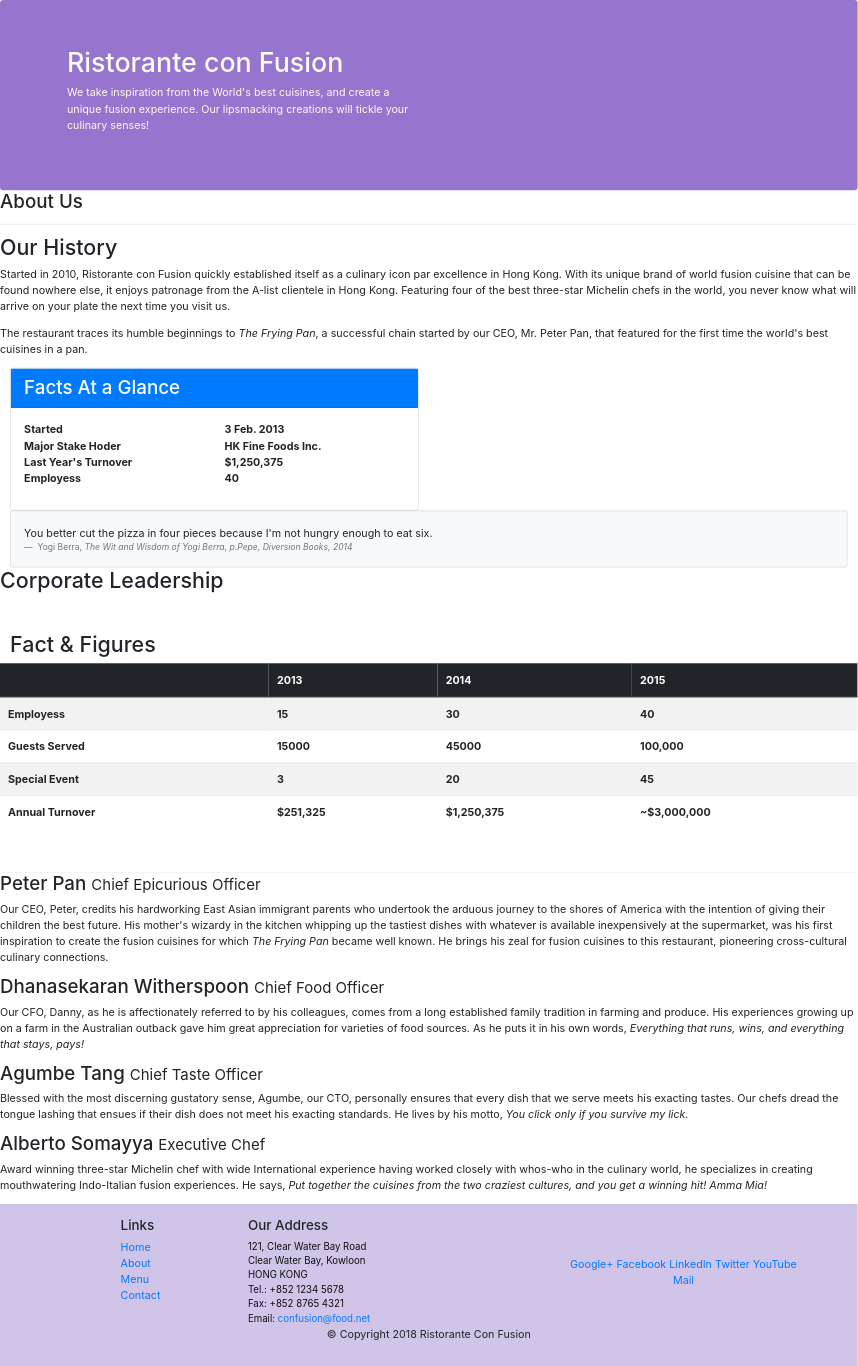
Repository: HwZau/conFusion
Page: aboutus.html
An editor plug-in stored every save of this project. The page is shown before and after the next save, followed by the edit.
The browser window is 1280 px wide. The pictures show the whole page, at 67% of full size.

Above is the page before, as saved 2022-05-19 11:07:16.

### aboutus.html
<!DOCTYPE html>
<html lang="en">

<head>
  <title>Ristorante Con Fusion: About Us</title>
  <meta charset="utf-8" />
  <meta name="viewport" content="width=device-width, initial-scale=1, shrink-to-fit=no" />
  <meta http-equiv="x-ua-compatible" content="ie=edge" />

  <!-- Bootstrap CSS -->
  <link rel="stylesheet" href="node_modules/bootstrap/dist/css/bootstrap.min.css" />
  <link rel="stylesheet" href="node_modules/font-awesome/css/font-awesome.min.css" />
  <link rel="stylesheet" href="node_modules/bootstrap-social/bootstrap-social.css" />
  <link rel="stylesheet" href="css/style.css" />
</head>
</head>

<body>
  <header class="jumbotron">
    <div class="container">
      <div class="row row-header">
        <div class="col-12 col-sm-6">
          <h1>Ristorante con Fusion</h1>
          <p>
            We take inspiration from the World's best cuisines, and create a
            unique fusion experience. Our lipsmacking creations will tickle
            your culinary senses!
          </p>
        </div>
        <div class="col-12 col-sm"></div>
      </div>
    </div>
  </header>

  <div>
    <div>
      <div>
        <h3>About Us</h3>
        <hr />
      </div>
    </div>

    <div>
      <div>
        <h2>Our History</h2>
        <p>
          Started in 2010, Ristorante con Fusion quickly established itself as
          a culinary icon par excellence in Hong Kong. With its unique brand
          of world fusion cuisine that can be found nowhere else, it enjoys
          patronage from the A-list clientele in Hong Kong. Featuring four of
          the best three-star Michelin chefs in the world, you never know what
          will arrive on your plate the next time you visit us.
        </p>
        <p>
          The restaurant traces its humble beginnings to
          <em>The Frying Pan</em>, a successful chain started by our CEO, Mr.
          Peter Pan, that featured for the first time the world's best
          cuisines in a pan.
        </p>
      </div>
      <div class="col-12 col-sm-6">
        <div class="card">
          <h3 class="card-header bg-primary text-white">Facts At a Glance</h3>
          <div class="card-body">
            <dl class="row">
              <dt class="col-6">Started</dt>
              <dt class="col-6">3 Feb. 2013</dt>
              <dt class="col-6">Major Stake Hoder</dt>
              <dt class="col-6">HK Fine Foods Inc.</dt>
              <dt class="col-6">Last Year's Turnover</dt>
              <dt class="col-6">$1,250,375</dt>
              <dt class="col-6">Employess</dt>
              <dt class="col-6">40</dt>
            </dl>
          </div>
        </div>
      </div>
      <div class="col-12">
        <div class="card card-body bg-light">
          <p class="mb-0">You better cut  the pizza in four pieces because I'm not hungry enough to eat six.</p>
          <footer class="blockquote-footer">
            Yogi Berra, <cite title="Source Title">The Wit and Wisdom of Yogi Berra, p.Pepe, Diversion Books, 2014</cite>
          </footer>
        </div>
      </div>
    </div>

    <div>
      <div>
        <h2>Corporate Leadership</h2>
        <div class="row row-content">
          <div class="col-12 col-sm-9">
            <h2>Fact &amp; Figures</h2>
          </div>
          <div class="col-12 col-sm-3"></div>

          <div class="table-responsive">
            <table class="table table-striped">
              <thead class="thead-dark">
                <tr>
                  <th>&nbsp;</th>
                  <th>2013</th>
                  <th>2014</th>
                  <th>2015</th>
                </tr>
              </thead>
              <tbody>
                <tr>
                  <th>Employess</th>
                  <th>15</th>
                  <th>30</th>
                  <th>40</th>
                </tr>
                <tr>
                  <th>Guests Served</th>
                  <th>15000</th>
                  <th>45000</th>
                  <th>100,000</th>
                </tr>
                <tr>
                  <th>Special Event</th>
                  <th>3</th>
                  <th>20</th>
                  <th>45</th>
                </tr>
                <tr>
                  <th>Annual Turnover</th>
                  <th>$251,325</th>
                  <th>$1,250,375</th>
                  <th>~$3,000,000</th>
                </tr>
              </tbody>
            </table>
          </div>
        </div>
        <h3>Peter Pan <small>Chief Epicurious Officer</small></h3>
        <p>
          Our CEO, Peter, credits his hardworking East Asian immigrant parents
          who undertook the arduous journey to the shores of America with the
          intention of giving their children the best future. His mother's
          wizardy in the kitchen whipping up the tastiest dishes with whatever
          is available inexpensively at the supermarket, was his first
          inspiration to create the fusion cuisines for which
          <em>The Frying Pan</em> became well known. He brings his zeal for
          fusion cuisines to this restaurant, pioneering cross-cultural
          culinary connections.
        </p>
        <h3>Dhanasekaran Witherspoon <small>Chief Food Officer</small></h3>
        <p>
          Our CFO, Danny, as he is affectionately referred to by his
          colleagues, comes from a long established family tradition in
          farming and produce. His experiences growing up on a farm in the
          Australian outback gave him great appreciation for varieties of food
          sources. As he puts it in his own words,
          <em>Everything that runs, wins, and everything that stays, pays!</em>
        </p>
        <h3>Agumbe Tang <small>Chief Taste Officer</small></h3>
        <p>
          Blessed with the most discerning gustatory sense, Agumbe, our CTO,
          personally ensures that every dish that we serve meets his exacting
          tastes. Our chefs dread the tongue lashing that ensues if their dish
          does not meet his exacting standards. He lives by his motto,
          <em>You click only if you survive my lick.</em>
        </p>
        <h3>Alberto Somayya <small>Executive Chef</small></h3>
        <p>
          Award winning three-star Michelin chef with wide International
          experience having worked closely with whos-who in the culinary
          world, he specializes in creating mouthwatering Indo-Italian fusion
          experiences. He says,
          <em>Put together the cuisines from the two craziest cultures, and you
            get a winning hit! Amma Mia!</em>
        </p>
      </div>
    </div>
  </div>

  <footer class="footer">
    <div class="container">
      <div class="row">
        <div class="col-4 offset-1 col-sm-2">
          <h5>Links</h5>
          <ul class="list-unstyled">
            <li><a href="#">Home</a></li>
            <li><a href="#">About</a></li>
            <li><a href="#">Menu</a></li>
            <li><a href="#">Contact</a></li>
          </ul>
        </div>
        <div class="col-7 col-sm-5">
          <h5>Our Address</h5>
          <address>
            121, Clear Water Bay Road<br />
            Clear Water Bay, Kowloon<br />
            HONG KONG<br />
            Tel.: +852 1234 5678<br />
            Fax: +852 8765 4321<br />
            Email: <a href="mailto:confusion@food.net">confusion@food.net</a>
          </address>
        </div>
        <div class="col-12 col-sm-4 align-self-center">
          <div class="text-center">
            <a href="http://google.com/+">Google+</a>
            <a href="http://www.facebook.com/profile.php?id=">Facebook</a>
            <a href="http://www.linkedin.com/in/">LinkedIn</a>
            <a href="http://twitter.com/">Twitter</a>
            <a href="http://youtube.com/">YouTube</a>
            <a href="mailto:">Mail</a>
          </div>
        </div>
      </div>
      <div class="row justify-content-center">
        <div class="col-auto">
          <p>© Copyright 2018 Ristorante Con Fusion</p>
        </div>
      </div>
    </div>
  </footer>
</body>

</html>

### css/style.css

.row-header {
	margin: 0px auto;
	padding: 0px auto;
}

.row-content {
	margin: 0 auto;
	padding: 50px 0px 50px 0px;
	border-bottom: 1px ridge;
	min-height: 400px;
}

.footer {
	background-color: #D1C4E9;
	margin: 0px auto;
	padding: 20px 0px 20px 0px;
}

.jumbotron {
	padding: 70px 30px 70px 30px;
	margin: 0px auto;
	background: #9575CD;
	color: floralwhite;
}

address {
	font-size: 90%;
	margin: 0px;
	color:#0f0f0f;
}

Loaded but not shown: node_modules/bootstrap/dist/css/bootstrap.min.css (library); node_modules/font-awesome/css/font-awesome.min.css (library); node_modules/bootstrap-social/bootstrap-social.css (library)

After the next save:
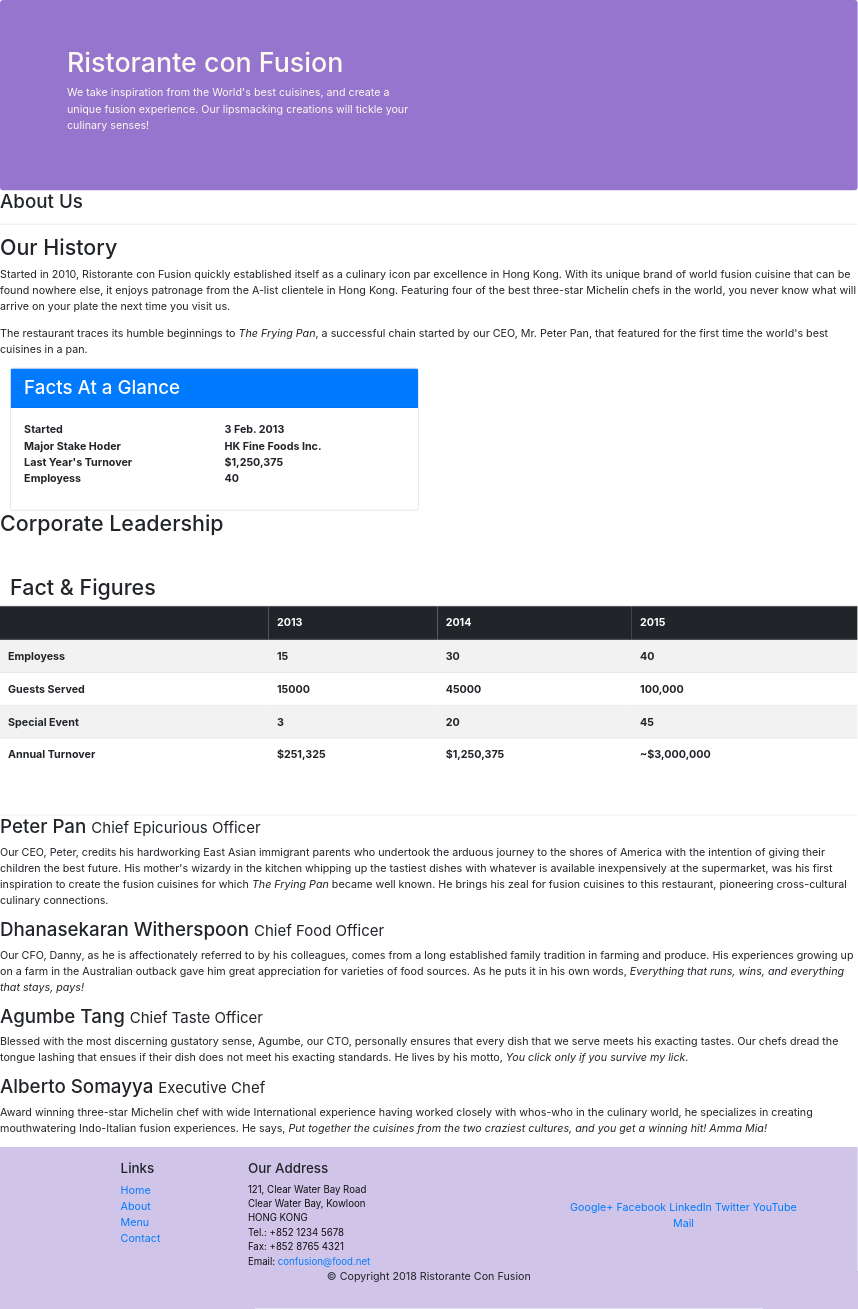
Saved 44 s later.
--- a/aboutus.html
+++ b/aboutus.html
@@ -75,14 +75,7 @@
           </div>
         </div>
       </div>
-      <div class="col-12">
-        <div class="card card-body bg-light">
-          <p class="mb-0">You better cut  the pizza in four pieces because I'm not hungry enough to eat six.</p>
-          <footer class="blockquote-footer">
-            Yogi Berra, <cite title="Source Title">The Wit and Wisdom of Yogi Berra, p.Pepe, Diversion Books, 2014</cite>
-          </footer>
-        </div>
-      </div>
+
     </div>
 
     <div>
